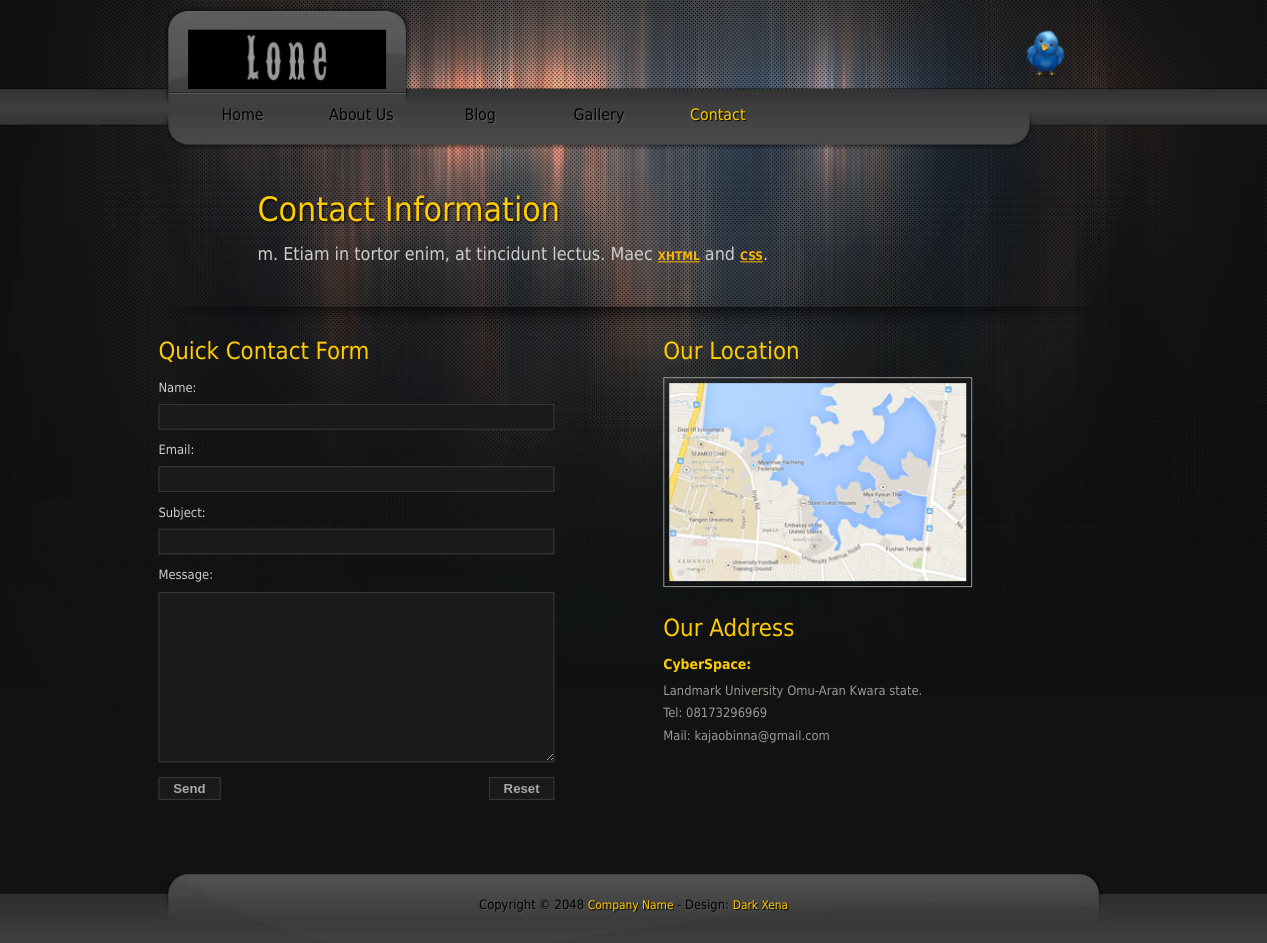
Repository: xenacode-art/Portfolio
Page: 2020_dark_pixel/contact.html
The author's editor kept a copy of each file at every save. The page is drawn from the files as they stood at one save, then again after the next save.
The browser window is 1280 px wide. The pictures show the whole page, at 99% of full size.
Pictures or frames that could not be fetched are drawn as grey boxes.

Above is the page before, as saved 2022-03-08 01:08:44.

After the next save:
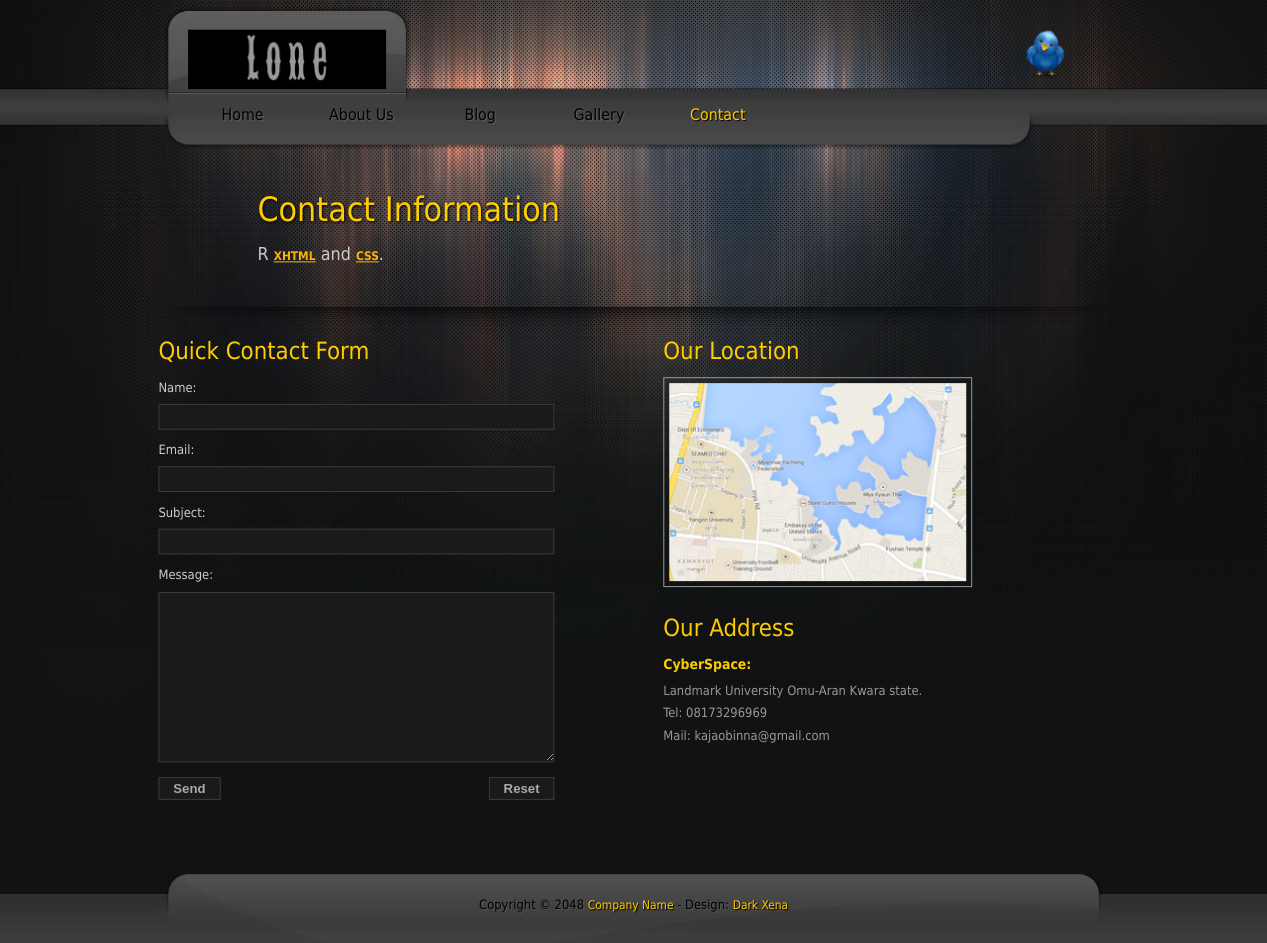
Saved 17 s later.
--- a/2020_dark_pixel/contact.html
+++ b/2020_dark_pixel/contact.html
@@ -62,7 +62,7 @@ $(document).ready(function() {
     	<div id="mid_title">
         	Contact Information
         </div>
-        <p> m. Etiam in tortor enim, at tincidunt lectus. Maec <a href="http://validator.w3.org/check?uri=referer" rel="nofollow"><strong>XHTML</strong></a> and <a href="http://jigsaw.w3.org/css-validator/check/referer" rel="nofollow"><strong>CSS</strong></a>.</p>
+        <p> R <a href="http://validator.w3.org/check?uri=referer" rel="nofollow"><strong>XHTML</strong></a> and <a href="http://jigsaw.w3.org/css-validator/check/referer" rel="nofollow"><strong>CSS</strong></a>.</p>
     </div> <!-- end of middle -->
 
     <div id="tooplate_main">
